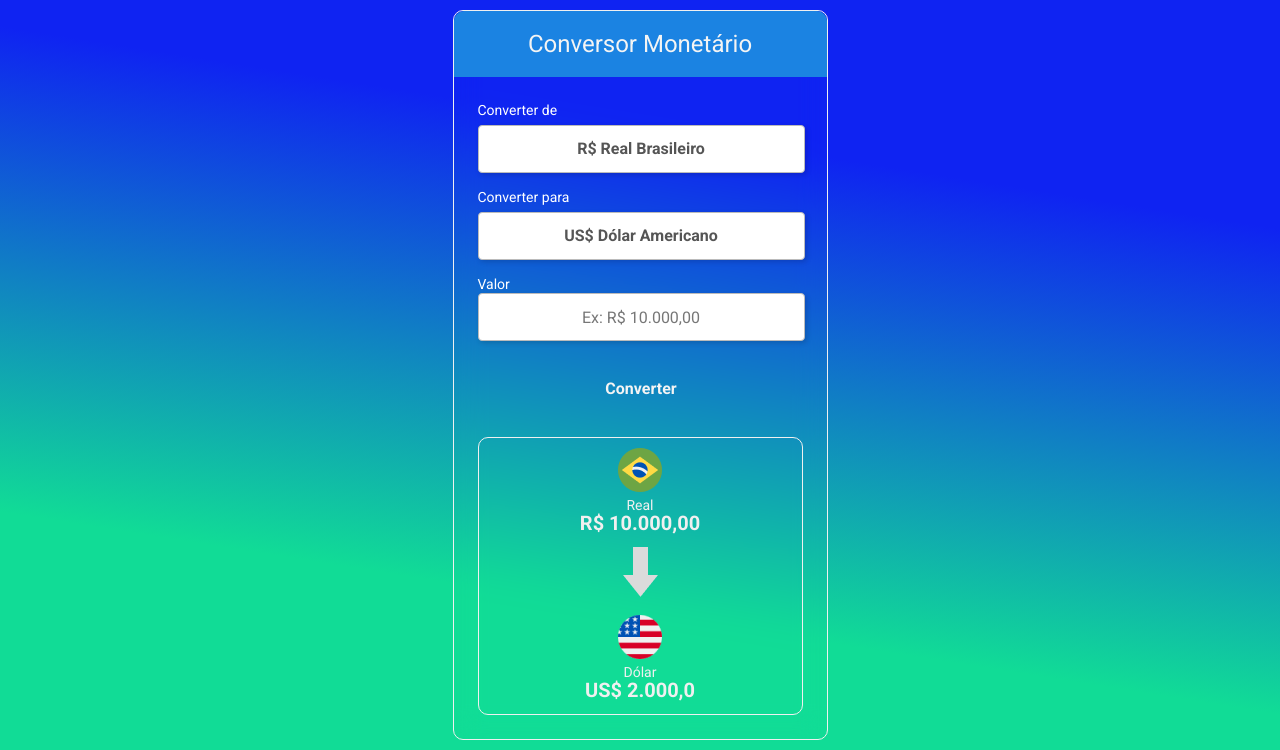
Repository: isayrous/coin-converter
Page: index.html
The author's editor kept a copy of each file at every save. The page is drawn from the files as they stood at one save, then again after the next save.
The browser window is 1280 px wide. The pictures show the whole page.

Above is the page before, as saved 2022-11-03 00:02:46.

After the next save:
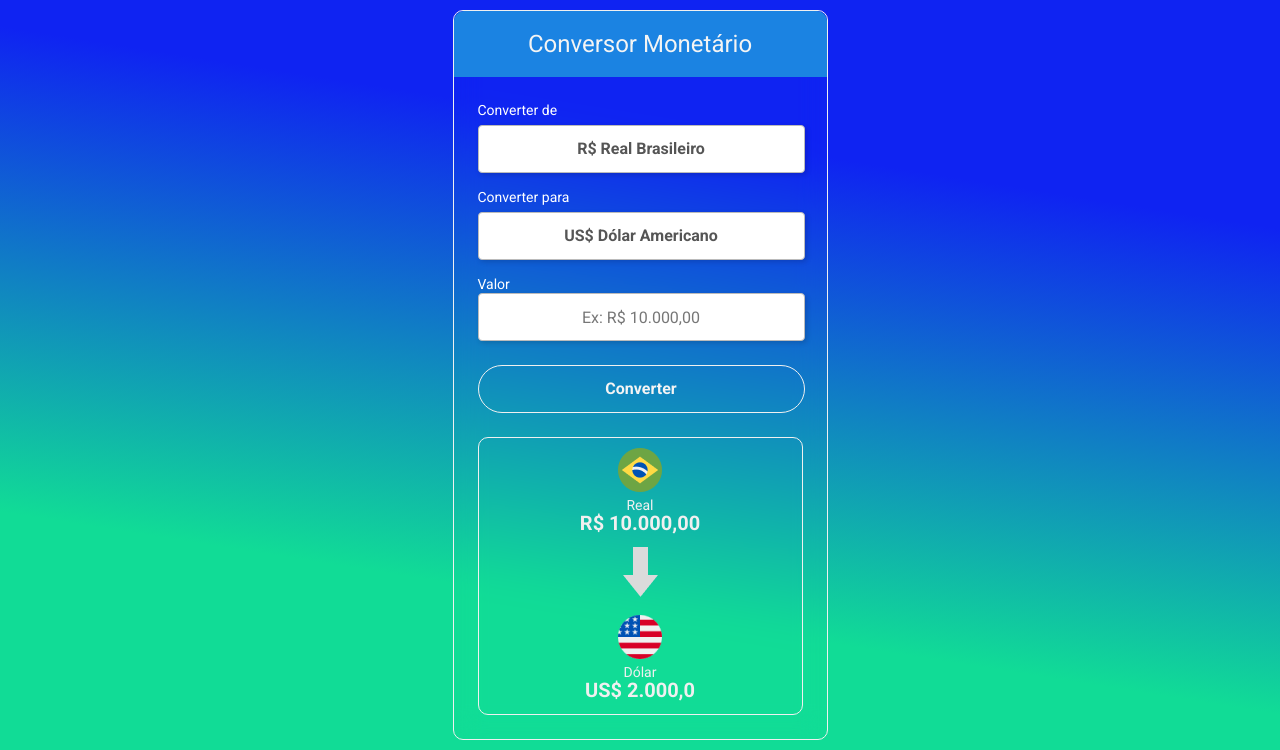
Saved 12 s later.
--- a/style.css
+++ b/style.css
@@ -100,7 +100,6 @@ button {
     font-size: 16px;
     color: #F4F4F4;
     margin: 24px 0px 24px;
-    border: none;
     cursor: pointer;
 }
 
